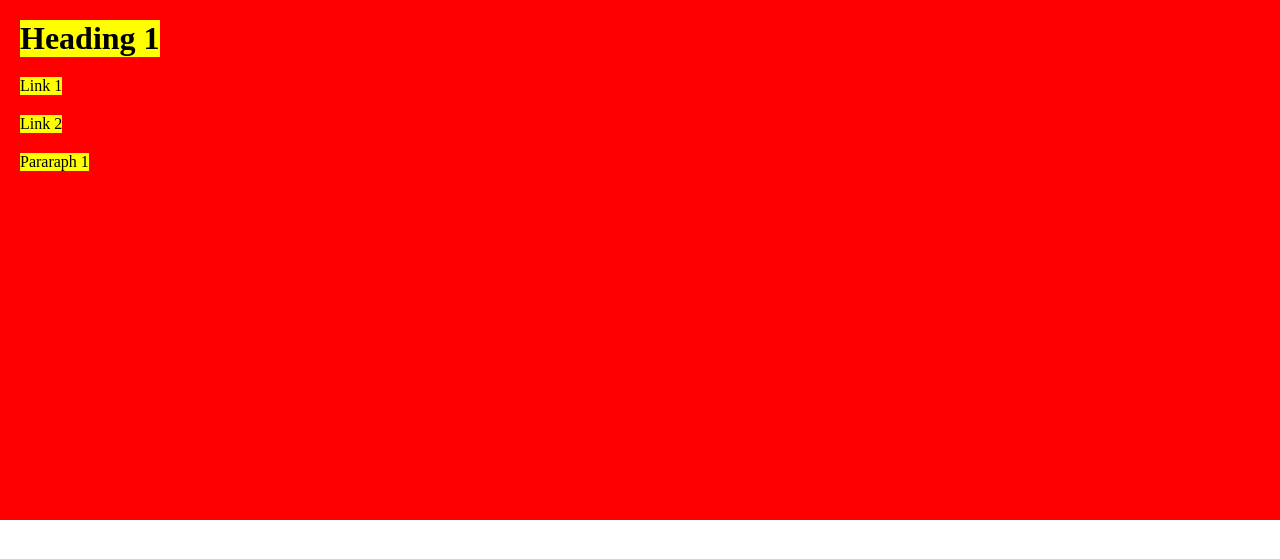
Repository: itz-mohanmadhav-18/Full-stack
Page: Html+css/day-3/flexbox.html
The author's editor kept a copy of each file at every save. The page is drawn from the files as they stood at one save, then again after the next save.
The browser window is 1280 px wide. The pictures show the whole page.

Above is the page before, as saved 2024-06-14 12:32:43.

### Html+css/day-3/flexbox.html
<!DOCTYPE html>
<html lang="en">
  <head>
    <meta charset="UTF-8" />
    <meta name="viewport" content="width=device-width, initial-scale=1.0" />
    <link rel="stylesheet" href="./flexbox.css" />
    <title>Document</title>
  </head>
  <body>
    <div>
      <h1>Heading 1</h1>
      <a>Link 1</a>
      <a>Link 2</a>
      <p>Pararaph 1</p>
    </div>
  </body>
</html>

### Html+css/day-3/flexbox.css
*{
    padding: 0;
    margin: 0;
}
div{
    background: red;
    padding: 10px;
    height: 500px;
    display: flex;
    flex-direction: column;align-items: flex-start;
}

div > * {
    background: yellow;
    margin: 10px;
}

After the next save:
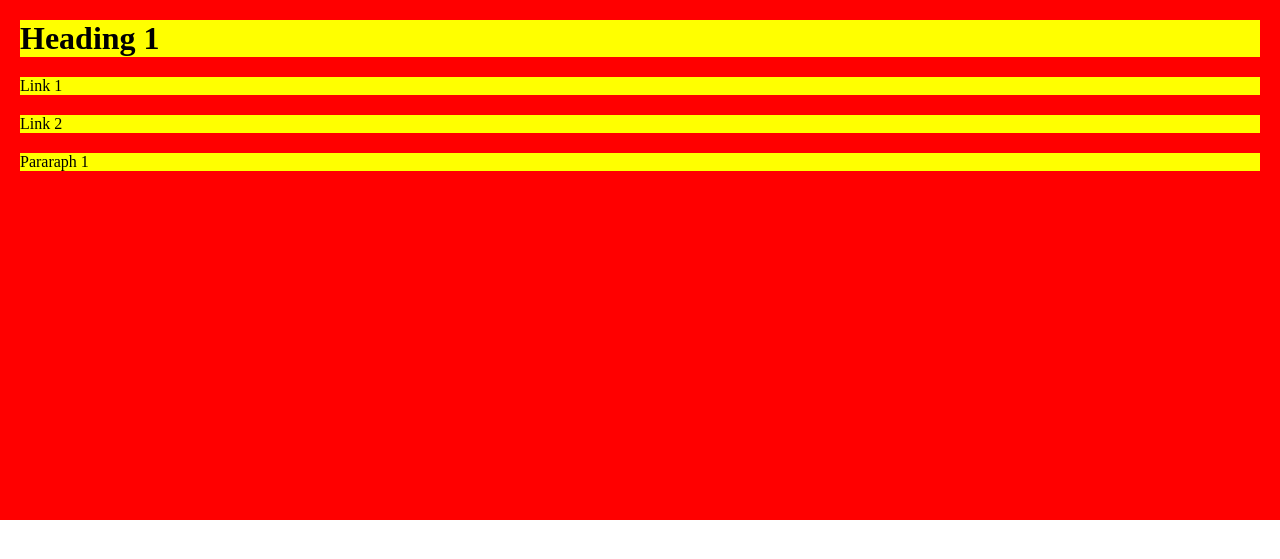
Saved 12 s later.
--- a/Html+css/day-3/flexbox.css
+++ b/Html+css/day-3/flexbox.css
@@ -7,7 +7,8 @@ div{
     padding: 10px;
     height: 500px;
     display: flex;
-    flex-direction: column;align-items: flex-start;
+    flex-direction: column;
+    align-items: stretch;
 }
 
 div > * {
